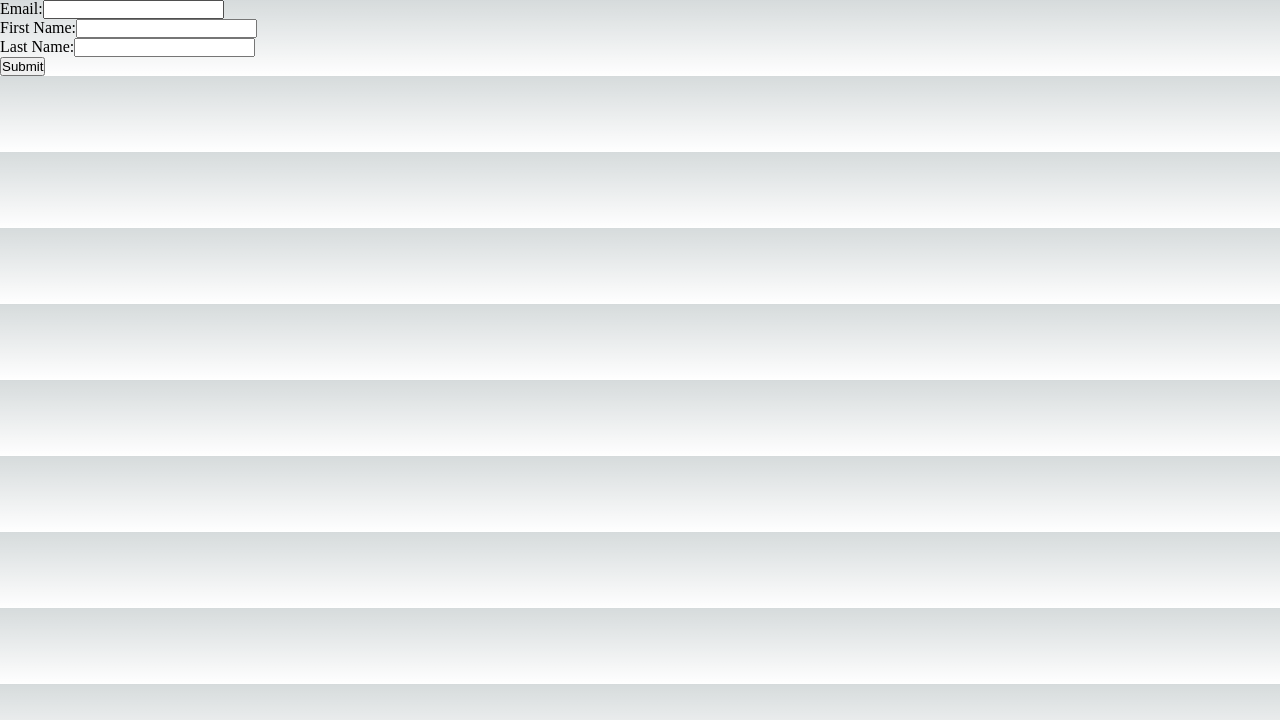
Repository: SanlyLp/assignment-1-playwright-site-a01182379
Page: /contact
The author's editor kept a copy of each file at every save. The page is drawn from the files as they stood at one save, then again after a run of saves.
The browser window is 1280 px wide. The pictures show the whole page.
The project was rebuilt for these pictures with package versions that can differ from the ones it lists, and the page was loaded fresh each time. The framework's server and built-in components were replaced by stand-ins that run in the browser. Also part of the build but not shown: next.config.js.

Above is the page before, as saved 2023-02-05 19:34:20.

After the next 5 saves:
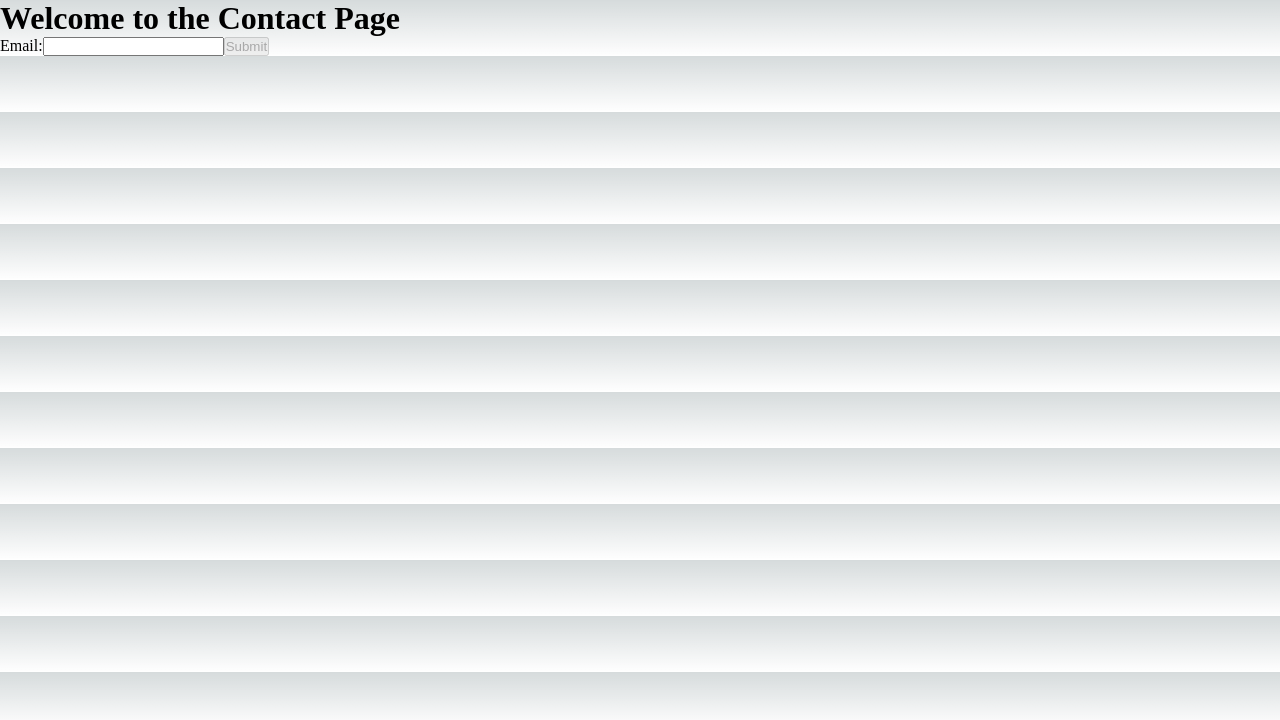
The 5 saves are shown as one change because 2 did not build or start and some came seconds apart.
The last was saved 31 s later.
--- a/pages/contact.js
+++ b/pages/contact.js
@@ -1,4 +1,4 @@
-import React, { useState } from 'react';
+/*import React, { useState } from 'react';
 
 
 const emailRegex = /^\S+@\S+\.\S+$/;
@@ -40,4 +40,49 @@
   )
 }
 
+export default Contact; */
+
+import React, { useState } from 'react';
+import Head from 'next/head';
+
+const Contact = () => {
+  const [email, setEmail] = useState('');
+  const [error, setError] = useState('');
+
+  const handleSubmit = (event) => {
+    event.preventDefault();
+    const emailRegex = /^[^\s@]+@[^\s@]+\.[^\s@]+$/;
+    if (!emailRegex.test(email)) {
+      setError('Email is invalid');
+      return;
+    }
+    setError('');
+    // Perform additional actions such as sending the form data to a server, etc.
+  };
+
+  return (
+    <div>
+      <Head>
+        <title>Contact Page</title>
+      </Head>
+      <h1>Welcome to the Contact Page</h1>
+      <form onSubmit={handleSubmit}>
+        <label htmlFor="email">
+          Email:
+          <input
+            type="email"
+            id="email"
+            value={email}
+            onChange={(event) => setEmail(event.target.value)}
+          />
+        </label>
+        {error && <div style={{ color: 'red' }}>{error}</div>}
+        <button type="submit" disabled={!email || error}>
+          Submit
+        </button>
+      </form>
+    </div>
+  );
+};
+
 export default Contact;

After the save that followed:
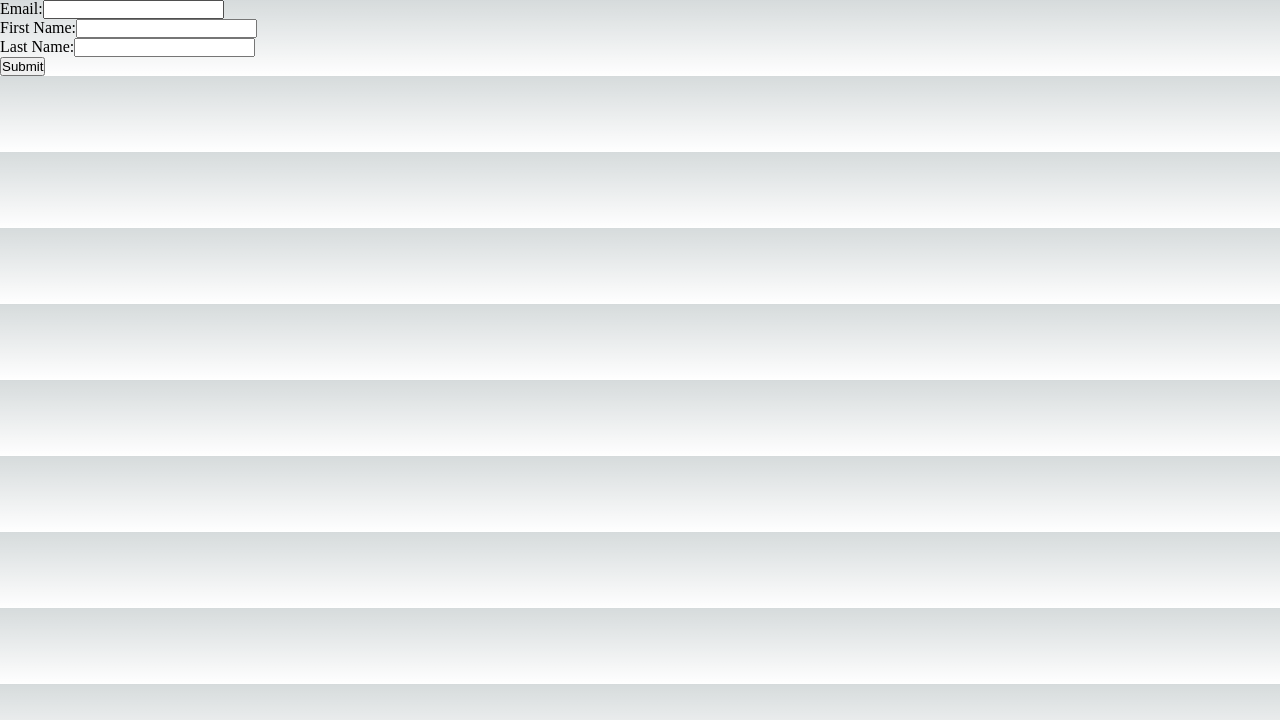
Saved 11 s later.
--- a/pages/contact.js
+++ b/pages/contact.js
@@ -1,4 +1,4 @@
-/*import React, { useState } from 'react';
+import React, { useState } from 'react';
 
 
 const emailRegex = /^\S+@\S+\.\S+$/;
@@ -40,49 +40,4 @@
   )
 }
 
-export default Contact; */
-
-import React, { useState } from 'react';
-import Head from 'next/head';
-
-const Contact = () => {
-  const [email, setEmail] = useState('');
-  const [error, setError] = useState('');
-
-  const handleSubmit = (event) => {
-    event.preventDefault();
-    const emailRegex = /^[^\s@]+@[^\s@]+\.[^\s@]+$/;
-    if (!emailRegex.test(email)) {
-      setError('Email is invalid');
-      return;
-    }
-    setError('');
-    // Perform additional actions such as sending the form data to a server, etc.
-  };
-
-  return (
-    <div>
-      <Head>
-        <title>Contact Page</title>
-      </Head>
-      <h1>Welcome to the Contact Page</h1>
-      <form onSubmit={handleSubmit}>
-        <label htmlFor="email">
-          Email:
-          <input
-            type="email"
-            id="email"
-            value={email}
-            onChange={(event) => setEmail(event.target.value)}
-          />
-        </label>
-        {error && <div style={{ color: 'red' }}>{error}</div>}
-        <button type="submit" disabled={!email || error}>
-          Submit
-        </button>
-      </form>
-    </div>
-  );
-};
-
 export default Contact;
